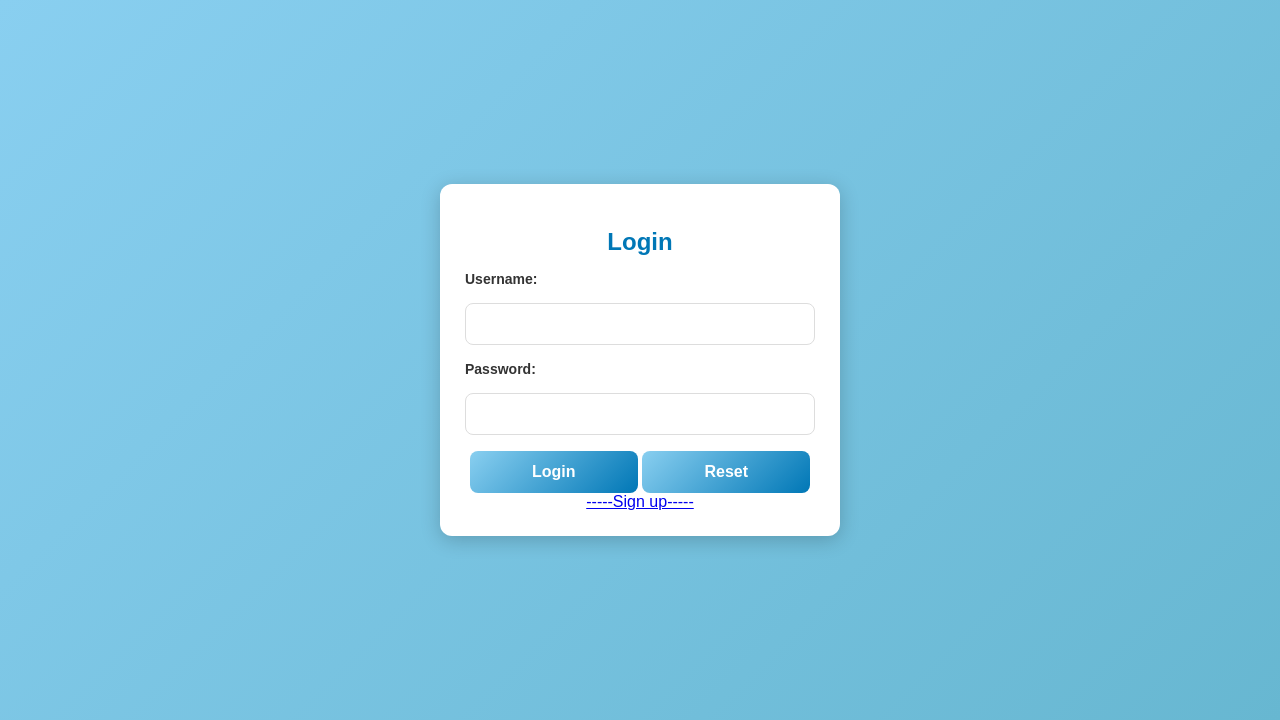
Repository: Loc2804/LTM
Page: http://localhost/RestaurantProject/Login.jsp
An editor plug-in stored every save of this project. The page is shown before and after the next save, followed by the edit.
The browser window is 1280 px wide. The pictures show the whole page.
The page is served by Tomcat 10. Other server files are loaded and not shown.

Above is the page before, as saved 2024-12-07 08:53:23.

### RestaurantProject/src/main/webapp/Login.jsp
<%@ page language="java" contentType="text/html; charset=UTF-8" pageEncoding="UTF-8"%>
<!DOCTYPE html>
<html lang="en">
<head>
    <meta charset="UTF-8">
    <meta http-equiv="X-UA-Compatible" content="IE=edge">
    <meta name="viewport" content="width=device-width, initial-scale=1.0">
    <title>Login Form</title>
    <style>
        body {
    font-family: Arial, sans-serif;
    background: linear-gradient(135deg, #89CFF0, #67B7D1); /* Màu xanh nước biển nhạt */
    display: flex;
    justify-content: center;
    align-items: center;
    height: 100vh;
    margin: 0;
    color: #fff;
}

.login-container {
    background-color: #fff;
    padding: 25px;
    box-shadow: 0 4px 20px rgba(0, 0, 0, 0.2);
    border-radius: 12px;
    width: 350px;
    text-align: center;
    color: #333;
}

h2 {
    margin-bottom: 15px;
    color: #0077b6; /* Xanh nước biển đậm */
    font-weight: bold;
}

label {
    font-size: 14px;
    font-weight: bold;
    display: block;
    margin-bottom: 8px;
    text-align: left;
}

.input-field {
    width: 100%;
    padding: 12px;
    margin: 8px 0 16px 0;
    border: 1px solid #ddd;
    border-radius: 8px;
    box-sizing: border-box;
    font-size: 14px;
    transition: all 0.3s ease;
}

.input-field:focus {
    border-color: #0077b6;
    outline: none;
    box-shadow: 0 0 5px rgba(0, 119, 182, 0.5);
}

.form-buttons {
    display: flex;
    justify-content: space-between;
    margin-top: 20px;
}

.btn {
    width: 48%;
    padding: 12px;
    background: linear-gradient(135deg, #89CFF0, #0077b6);
    color: white;
    border: none;
    border-radius: 8px;
    font-size: 16px;
    cursor: pointer;
    font-weight: bold;
    transition: all 0.3s ease;
    text-align: center;
}

.btn:hover {
    background: linear-gradient(135deg, #0077b6, #005f99);
    box-shadow: 0 4px 8px rgba(0, 0, 0, 0.2);
    transform: translateY(-2px);
}

.error-message {
    color: #d9534f;
    background-color: #f8d7da;
    border: 1px solid #f5c6cb;
    border-radius: 8px;
    padding: 10px;
    margin-top: 15px;
    font-size: 14px;
}

.success-message {
    color: #28a745;
    background-color: #d4edda;
    border: 1px solid #c3e6cb;
    border-radius: 8px;
    padding: 10px;
    margin-top: 15px;
    font-size: 14px;
}

.form-container {
    margin-top: 15px;
}

.form-container label {
    text-align: left;
    display: block;
    font-size: 14px;
    margin-bottom: 5px;
}

.form-container .input-field {
    margin-bottom: 20px;
}

::placeholder {
    color: #999;
    font-style: italic;
}

input[type="text"]:focus, input[type="password"]:focus {
    background-color: #f9f9f9;
    outline: none;
    border: 1px solid #0077b6;
    box-shadow: 0 0 3px rgba(0, 119, 182, 0.4);
}

@media (max-width: 768px) {
    .login-container {
        width: 90%;
        padding: 15px;
    }

    .btn {
        font-size: 14px;
        padding: 10px;
    }
    a {
    display: block;
    margin-top: 15px;
    font-size: 14px;
    text-decoration: none;
    color: #0077b6;
    font-weight: bold;
    transition: color 0.3s ease;
}

a:hover {
    color: #005f99;
    text-decoration: underline;
}

}

    </style>
</head>
<body>
    <div class="login-container">
        <h2>Login</h2>
		<form action="AuthController" method="POST">
            <label for="username">Username:</label>
            <input type="text" id="username" name="username" class="input-field" required>

            <label for="password">Password:</label>
            <input type="password" id="password" name="password" class="input-field" required>

			<input type="hidden" name="action" value="login" class="input-field" required>
            <button type="submit" class="btn">Login</button>
            <button type="reset" class="btn">Reset</button>
        </form>
        <%
            String errorMessage = (String) request.getAttribute("errorMessage");

            if (errorMessage != null) {
        %>
            <div class="error-message"><%= errorMessage %></div>
        <% } %>


        <a href="Register.jsp">-----Sign up-----</a>
    </div>
</body>
</html>

After the next save:
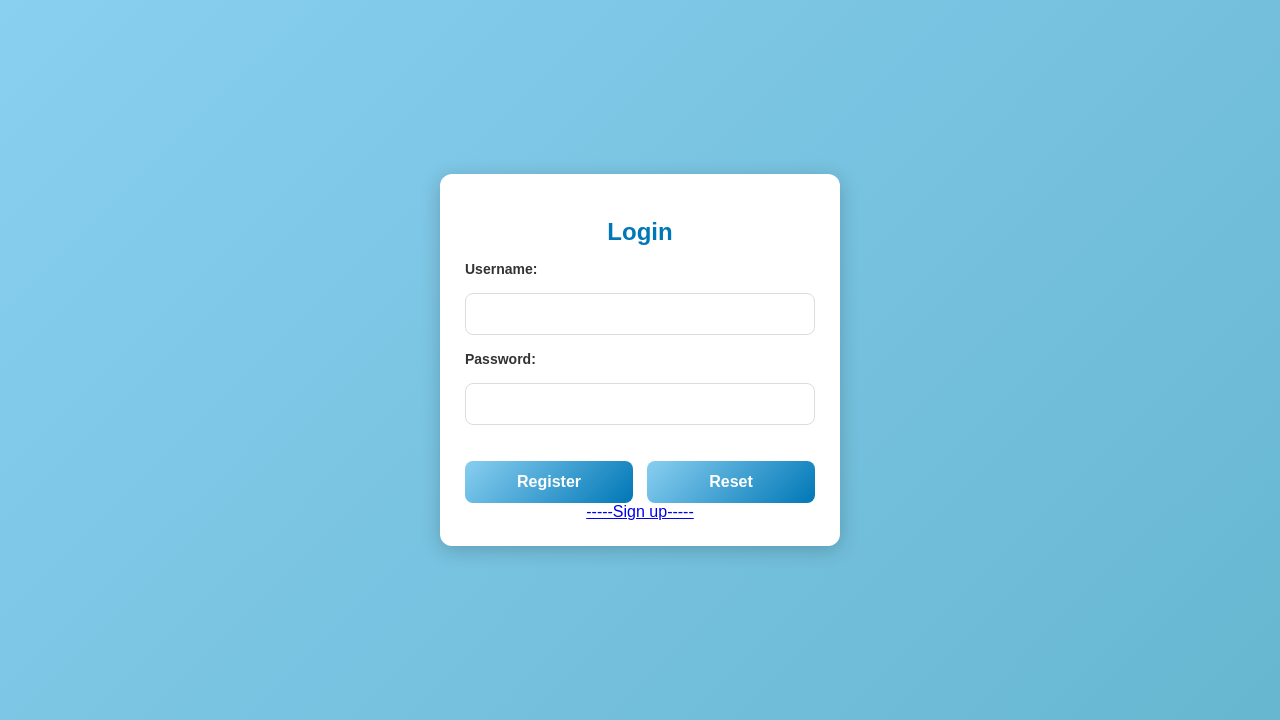
Saved 16 s later.
--- a/RestaurantProject/src/main/webapp/Login.jsp
+++ b/RestaurantProject/src/main/webapp/Login.jsp
@@ -172,8 +172,10 @@ a:hover {
             <input type="password" id="password" name="password" class="input-field" required>
 
 			<input type="hidden" name="action" value="login" class="input-field" required>
-            <button type="submit" class="btn">Login</button>
-            <button type="reset" class="btn">Reset</button>
+            <div class="form-buttons">
+			    <button type="submit" class="btn">Register</button>
+			    <button type="reset" class="btn">Reset</button>
+			</div>
         </form>
         <%
             String errorMessage = (String) request.getAttribute("errorMessage");
